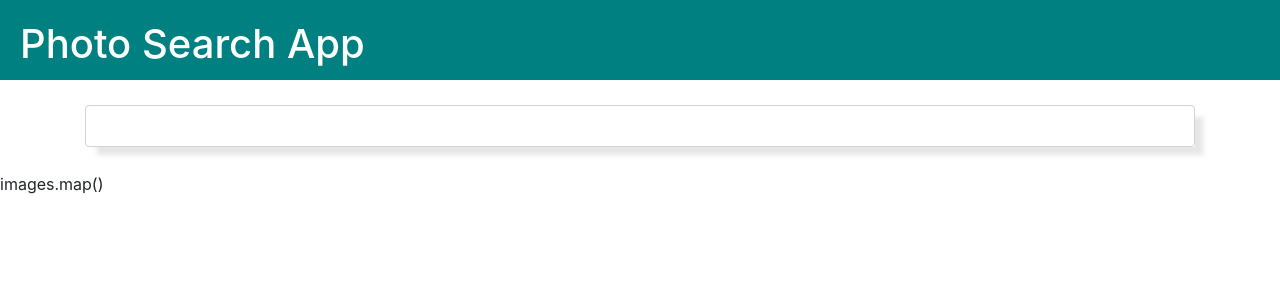
Repository: lamilekan263/photoapp
Page: /
The author's editor kept a copy of each file at every save. The page is drawn from the files as they stood at one save, then again after a run of saves.
The browser window is 1280 px wide. The pictures show the whole page.
The project was rebuilt for these pictures with package versions that can differ from the ones it lists, and the page was loaded fresh each time. Also part of the build but not shown: src/components/ImageCard/ImageCard.scss, src/components/ImageCard/ImageCard.js.

Above is the page before, as saved 2020-08-26 12:52:55.

After the next 2 saves:
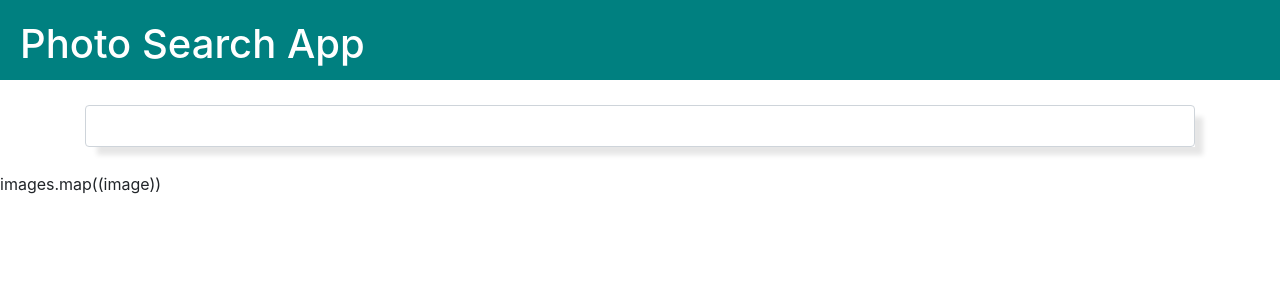
The 2 saves are shown as one change because they came seconds apart.
The last was saved 8 s later.
--- a/src/components/imageList/imageList.js
+++ b/src/components/imageList/imageList.js
@@ -6,7 +6,7 @@ import './imageList.scss'
 const ImageList = ({ images }) =>{
     return(
         <div className="image-display">
-            images.map()
+            images.map((image))
 
         </div>
     )
